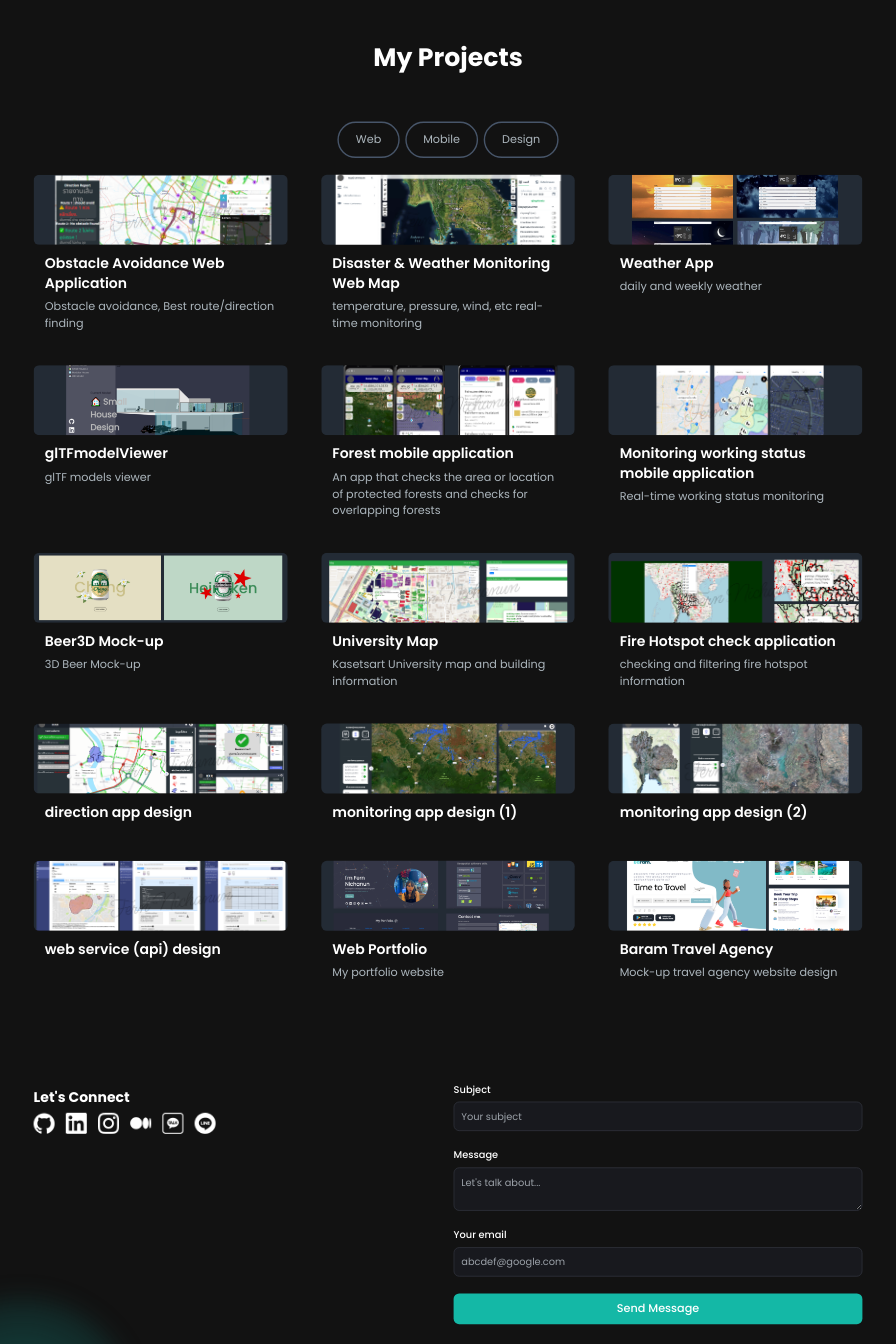
Repository: ffferncake/ffferncake-webport-2024
Page: /
The author's editor kept a copy of each file at every save. The page is drawn from the files as they stood at one save, then again after the next save.
The browser window is 1280 px wide. The pictures show the part of the page from y = 1334 to 3254 px (the page is 3508 px tall before and 3758 px after), at 70% of full size.
The project was rebuilt for these pictures with package versions that can differ from the ones it lists, and the page was loaded fresh each time. The framework's server and built-in components were replaced by stand-ins that run in the browser. Also part of the build but not shown: next.config.js, src/app/components/MenuOverlay.jsx, src/app/components/AchievementsSection.jsx.

Above is the page before, as saved 2024-03-16 17:28:11.

### src/app/layout.js
import "./globals.css";
import { Poppins } from "next/font/google";

const poppins = Poppins({
  subsets: ["latin"],
  display: "swap",
  variable: "--font-poppins",
  weight: ["100", "200", "300", "400", "500", "600", "700", "800", "900"]
});
export const metadata = {
  title: "Fern Nichanun",
  description: "Ferncake Web Portfolio",
  // icons: [{ rel: 'icon', url: Favicon }],
};

export default function RootLayout({ children }) {
  return (
    <html lang="en">
      <link rel="icon" type="image/png" href="/images/carrot.png" />
      <body className={poppins.className}>{children}</body>
    </html>
  );
}

### src/app/globals.css
@import url('https://fonts.googleapis.com/css2?family=Poppins:wght@400;700&display=swap');
@tailwind base;
@tailwind components;
@tailwind utilities;

:root {
  --foreground-rgb: 0, 0, 0;
  --background-start-rgb: 214, 219, 220;
  --background-end-rgb: 255, 255, 255;
  --backgroud-color: hsl(231, 16%, 24%);
  --green-color: #5f9ea0;
  --secondary-color: #bbbbbb;
  --bg-color-of-lists-in-skills-section: hsl(229, 12%, 37%);
  --card-bg-color: #232432;

  --bg-color-for-form-inputs: #ffffff24;
  --border-color-for-form-inputs: #c4c4c44a;
}

@media (prefers-color-scheme: dark) {
  :root {
    --foreground-rgb: 255, 255, 255;
    --background-start-rgb: 0, 0, 0;
    --background-end-rgb: 0, 0, 0;
  }
}

body {
  color: rgb(var(--foreground-rgb));
  background: linear-gradient(
      to bottom,
      transparent,
      rgb(var(--background-end-rgb))
    )
    rgb(var(--background-start-rgb));
}

### src/app/components/HeroSection.jsx
"use client";
import React, { useState, useEffect } from "react";
import Image from "next/image";
import { TypeAnimation } from "react-type-animation";
import { motion } from "framer-motion";
import Link from "next/link";
import GithubIcon from "../../../public/images/sns-icon/github_negative.png";
import LinkedinIcon from "../../../public/images/sns-icon/linkedIn_negative.png";
import InstragramIcon from "../../../public/images/sns-icon/instagram_negative.png";
import MediumIcon from "../../../public/images/sns-icon/medium_negative.png";
import KakaoIcon from "../../../public/images/sns-icon/kakao.png";
import LineIcon from "../../../public/images/sns-icon/line_white.png";

const HeroSection = () => {
  const [flipImage, setFlipImage] = useState(false);

  useEffect(() => {
    const interval = setInterval(() => {
      setFlipImage((prevFlip) => !prevFlip); // Toggle flip state between true and false
    }, 1000); // Set interval duration to 1000ms (1 second)

    return () => clearInterval(interval); // Cleanup function to clear the interval on unmounting
  }, []);

  return (
    <section className="lg:py-16">
      <div className="grid grid-cols-1 sm:grid-cols-12">
        <motion.div
          initial={{ opacity: 0, scale: 0.5 }}
          animate={{ opacity: 1, scale: 1 }}
          transition={{ duration: 0.5 }}
          className="col-span-8 place-self-center text-center sm:text-left justify-self-start"
        >
          <h1 className="text-white mb-4 text-3xl sm:text-4xl lg:text-7xl lg:leading-normal font-extrabold">
            <span className="text-transparent bg-clip-text bg-gradient-to-r from-primary-400 to-secondary-400">
              Hello, I&apos;m{" "}
            </span>
            <br></br>
            <TypeAnimation
              sequence={[
                "Fern Nichanun",
                1000,
                "Web Developer",
                1000,
                "Mobile Developer",
                1000
                // "UI/UX Designer",
                // 1000,
              ]}
              wrapper="span"
              speed={50}
              repeat={Infinity}
            />
          </h1>
          <p className="text-[#ADB7BE] text-base sm:text-lg mb-6 lg:text-xl">
            Fronted Developer.
          </p>
          <div>
            <Link
              href="/#contact"
              className="px-6 inline-block py-3 w-full sm:w-fit rounded-full mr-4 bg-gradient-to-br from-primary-500 to-secondary-500 hover:bg-slate-200 text-white"
            >
              Hire Me
            </Link>
            <Link
              href="https://docs.google.com/presentation/d/1z7HzCXi2YN3cB4-aMu2r1YaA_lvp-Hnor0B5jhDNz0A/edit?usp=sharing"
              className="px-1 inline-block py-1 w-full sm:w-fit rounded-full bg-gradient-to-br from-primary-500 to-secondary-500 hover:bg-slate-800 text-white mt-3"
            >
              <span className="block bg-[#121212] hover:bg-slate-800 rounded-full px-5 py-2">
                Download CV
              </span>
            </Link>
            <div className="mt-10 socials flex flex-row gap-4">
              <Link href="https://github.com/ffferncake">
                <Image
                  src={GithubIcon}
                  alt="Github Icon"
                  width={30}
                  height={30}
                />
              </Link>
              <Link href="https://www.linkedin.com/in/nichanun-trakulphudphong/">
                <Image
                  src={LinkedinIcon}
                  alt="Linkedin Icon"
                  width={30}
                  height={30}
                />
              </Link>
              <Link href="https://www.instagram.com/ferncake/">
                <Image
                  src={InstragramIcon}
                  alt="Instragram Icon"
                  width={30}
                  height={30}
                />
              </Link>
              <Link href="https://medium.com/@fernnichanun">
                <Image
                  src={MediumIcon}
                  alt="Medium Icon"
                  width={30}
                  height={30}
                />
              </Link>
              <Link href="./images/sns-icon/kakao_qr.jpg">
                <Image
                  src={KakaoIcon}
                  alt="Kakao Icon"
                  width={30}
                  height={30}
                />
              </Link>
              <Link href="https://line.me/ti/p/JTehJXJst6">
                <Image src={LineIcon} alt="Line Icon" width={30} height={30} />
              </Link>
            </div>
          </div>
        </motion.div>
        <motion.div
          initial={{ opacity: 0, scale: 0.5 }}
          animate={{ opacity: 1, scale: 1 }}
          transition={{ duration: 0.5 }}
          className="col-span-4 place-self-center mt-4 lg:mt-0"
        >
          <div className="relative">
            <Image
              src={
                flipImage
                  ? "/images/ferncake-graduated-modified.png"
                  : "/images/ferncake-macbook.png"
              }
              alt="hero image"
              className="rounded-full bg-[#ffff] w-[150px] h-[150px] lg:w-[300px] lg:h-[300px]"
              width={300}
              height={300}
            />
          </div>
        </motion.div>
      </div>
    </section>
  );
};

export default HeroSection;

### src/app/components/Navbar.jsx
"use client";
import Link from "next/link";
import React, { useState } from "react";
import NavLink from "./NavLink";
import { Bars3Icon, XMarkIcon } from "@heroicons/react/24/solid";
import MenuOverlay from "./MenuOverlay";

const navLinks = [
  {
    title: "<About/>",
    path: "#about",
  },
  {
    title: "<Projects/>",
    path: "#projects",
  },
  {
    title: "<Contact/>",
    path: "#contact",
  },
];

const Navbar = () => {
  const [navbarOpen, setNavbarOpen] = useState(false);

  return (
    <nav className="fixed mx-auto border border-[#33353F] top-0 left-0 right-0 z-10 bg-[#121212] bg-opacity-100">
      <div className="flex container lg:py-4 flex-wrap items-center justify-between mx-auto px-4 py-2">
        <Link
          href={"/"}
          className="text-1xl md:text-2xl text-white font-semibold"
        >
          Fern Nichanun.
        </Link>
        <div className="mobile-menu block md:hidden">
          {!navbarOpen ? (
            <button
              onClick={() => setNavbarOpen(true)}
              className="flex items-center px-3 py-2 border rounded border-slate-200 text-slate-200 hover:text-white hover:border-white"
            >
              <Bars3Icon className="h-5 w-5" />
            </button>
          ) : (
            <button
              onClick={() => setNavbarOpen(false)}
              className="flex items-center px-3 py-2 border rounded border-slate-200 text-slate-200 hover:text-white hover:border-white"
            >
              <XMarkIcon className="h-5 w-5" />
            </button>
          )}
        </div>
        <div className="menu hidden md:block md:w-auto" id="navbar">
          <ul className="flex p-4 md:p-0 md:flex-row md:space-x-8 mt-0">
            {navLinks.map((link, index) => (
              <li key={index}>
                <NavLink href={link.path} title={link.title} />
              </li>
            ))}
          </ul>
        </div>
      </div>
      {navbarOpen ? <MenuOverlay links={navLinks} /> : null}
    </nav>
  );
};

export default Navbar;

### src/app/components/EmailSection.jsx
"use client";
import React, { useState } from "react";
import GithubIcon from "../../../public/images/sns-icon/github_negative.png";
import LinkedinIcon from "../../../public/images/sns-icon/linkedIn_negative.png";
import InstragramIcon from "../../../public/images/sns-icon/instagram_negative.png";
import MediumIcon from "../../../public/images/sns-icon/medium_negative.png";
import KakaoIcon from "../../../public/images/sns-icon/kakao.png";
import LineIcon from "../../../public/images/sns-icon/line_white.png";

import Link from "next/link";
import Image from "next/image";
import emailjs from "emailjs-com";

const EmailSection = () => {
  const [emailSubmitted, setEmailSubmitted] = useState(false);

  const sendEmail = (e) => {
    e.preventDefault();
    const userEmail = e.target.email.value;
    const subject = e.target.subject.value;
    const message = e.target.message.value;

    if (!isValidEmail(userEmail)) {
      alert("Please enter a valid email address.");
      return;
    }

    emailjs
      .send(
        "service_xzyo77j",
        "template_hua0n4a",
        {
          to_email: "fernnichanun@gmail.com",
          from_email: userEmail,
          subject: subject,
          message_html: message,
        },
        "NFyFFPYZ2gdUOlgMg"
      )
      .then(
        function (response) {
          console.log("Email sent successfully", response);
          alert(
            "Email sent successfully. I will get back to you shortly."
          );
          setEmailSubmitted(true);
        },
        function (error) {
          console.error("Email failed to send", error);
          alert("Email failed to send. Please try again later.");
        }
      );
  };

  const isValidEmail = (email) => {
    const emailRegex = /^[^\s@]+@[^\s@]+\.[^\s@]+$/;
    return emailRegex.test(email);
  };

  return (
    <section
      id="contact"
      className="grid md:grid-cols-2 my-12 md:my-12 py-24 gap-4 relative"
    >
      <div className="bg-[radial-gradient(ellipse_at_center,_var(--tw-gradient-stops))] from-primary-900 to-transparent rounded-full h-80 w-80 z-0 blur-lg absolute top-3/4 -left-4 transform -translate-x-1/2 -translate-1/2"></div>
      <div className="z-10">
        <h5 className="text-xl font-bold text-white my-2">
          Let&apos;s Connect
        </h5>
        <div className="socials flex flex-row gap-4">
          <Link href="https://github.com/ffferncake">
            <Image src={GithubIcon} alt="Github Icon" width={30} height={30} />
          </Link>
          <Link href="https://www.linkedin.com/in/nichanun-trakulphudphong/">
            <Image
              src={LinkedinIcon}
              alt="Linkedin Icon"
              width={30}
              height={30}
            />
          </Link>
          <Link href="https://www.instagram.com/ferncake/">
            <Image
              src={InstragramIcon}
              alt="Instragram Icon"
              width={30}
              height={30}
            />
          </Link>
          <Link href="https://medium.com/@fernnichanun">
            <Image src={MediumIcon} alt="Medium Icon" width={30} height={30} />
          </Link>
          <Link href="./images/sns-icon/kakao_qr.jpg">
            <Image src={KakaoIcon} alt="Kakao Icon" width={30} height={30} />
          </Link>
          <Link href="https://line.me/ti/p/JTehJXJst6">
            <Image src={LineIcon} alt="Line Icon" width={30} height={30} />
          </Link>
        </div>
      </div>
      <div>
        {emailSubmitted ? (
          <p className="text-green-500 text-sm mt-2">
            Email sent successfully!
          </p>
        ) : (
          <form className="flex flex-col" onSubmit={sendEmail}>
            <div className="mb-6">
              <label
                htmlFor="subject"
                className="text-white block text-sm mb-2 font-medium"
              >
                Subject
              </label>
              <input
                name="subject"
                type="text"
                id="subject"
                required
                className="bg-[#18191E] border border-[#33353F] placeholder-[#9CA2A9] text-gray-100 text-sm rounded-lg block w-full p-2.5"
                placeholder="Your subject"
              />
            </div>
            <div className="mb-6">
              <label
                htmlFor="message"
                className="text-white block text-sm mb-2 font-medium"
              >
                Message
              </label>
              <textarea
                name="message"
                id="message"
                className="bg-[#18191E] border border-[#33353F] placeholder-[#9CA2A9] text-gray-100 text-sm rounded-lg block w-full p-2.5"
                placeholder="Let's talk about..."
              />
            </div>
            <div className="mb-6">
              <label
                htmlFor="email"
                className="text-white block mb-2 text-sm font-medium"
              >
                Your email
              </label>
              <input
                name="email"
                type="email"
                id="email"
                required
                className="bg-[#18191E] border border-[#33353F] placeholder-[#9CA2A9] text-gray-100 text-sm rounded-lg block w-full p-2.5"
                placeholder="abcdef@google.com"
              />
            </div>
            <button
              type="submit"
              className="bg-primary-500 hover:bg-primary-600 text-white font-medium py-2.5 px-5 rounded-lg w-full"
            >
              Send Message
            </button>
          </form>
        )}
      </div>
    </section>
  );
};

export default EmailSection;

### src/app/components/Footer.jsx
import React from "react";

const Footer = () => {
  return (
    <footer className="footer border z-10 border-t-[#33353F] border-l-transparent border-r-transparent text-white">
      <div className="container p-12 flex justify-between">
        <span>Fern Nichanun</span>
        <p className="text-slate-600">Inspired by webdecoded</p>
      </div>
    </footer>
  );
};

export default Footer;

### src/app/components/NavLink.jsx
import Link from "next/link";

const NavLink = ({ href, title }) => {
  return (
    <Link
      href={href}
      className="block py-2 pl-3 pr-4 text-[#ADB7BE] sm:text-md rounded md:p-0 hover:text-white"
    >
      {title}
    </Link>
  );
};

export default NavLink;

### src/app/components/ProjectCard.jsx
import React from "react";
import { CodeBracketIcon, EyeIcon } from "@heroicons/react/24/outline";
import Link from "next/link";

const ProjectCard = ({ imgUrl, title, description, gitUrl, previewUrl }) => {
  return (
    <div>
      <div
        className="h-152 md:h-52 rounded-t-xl relative group bg-cover bg-no-repeat bg-center overflow-hidden transform transition-transform duration-300 hover:scale-150"
        style={{
          // Add inline styles here
          backgroundImage: `url(${imgUrl})`,
          height: "100px", // Adjust the height for mobile
          borderRadius: "8px", // Adjust the border radius for mobile
        }}
      >
        {gitUrl && previewUrl && (
          <div className="overlay items-center justify-center absolute top-0 left-0 w-full h-full bg-[#181818] bg-opacity-0 hidden group-hover:flex group-hover:bg-opacity-80 transition-all duration-500 ">
            <Link
              href={gitUrl}
              className="h-14 w-14 mr-2 border-2 relative rounded-full border-[#ADB7BE] hover:border-white group/link"
            >
              <CodeBracketIcon className="h-10 w-10 text-[#ADB7BE] absolute top-1/2 left-1/2 transform -translate-x-1/2 -translate-y-1/2  cursor-pointer group-hover/link:text-white" />
            </Link>
            <Link
              href={previewUrl}
              className="h-14 w-14 border-2 relative rounded-full border-[#ADB7BE] hover:border-white group/link"
            >
              <EyeIcon className="h-10 w-10 text-[#ADB7BE] absolute top-1/2 left-1/2 transform -translate-x-1/2 -translate-y-1/2  cursor-pointer group-hover/link:text-white" />
            </Link>
          </div>
        )}
      </div>
      <div className="text-white rounded-b-xl mt-3 bg-[#181818]py-6 px-4">
        <h5 className="text-xl font-semibold mb-2">{title}</h5>
        <p className="text-[#ADB7BE]">{description}</p>
      </div>
    </div>
  );
};

export default ProjectCard;

### src/app/components/ProjectTag.jsx
import React from "react";

const ProjectTag = ({ name, onClick, isSelected }) => {
  const buttonStyles = isSelected
    ? "text-white border-primary-500"
    : "text-[#ADB7BE] border-slate-600 hover:border-white";
  return (
    <button
      className={`${buttonStyles} rounded-full border-2 px-6 py-3 text-md cursor-pointer`}
      onClick={() => onClick(name)}
    >
      {name}
    </button>
  );
};

export default ProjectTag;

Loaded but not shown: src/app/components/TabButton.jsx (common file); src/app/page.js (23 lines, source omitted); tailwind.config.js (24 lines, source omitted); src/app/components/AboutSection.jsx (329 lines, source omitted); src/app/components/ProjectsSection.jsx (215 lines, source omitted)

After the next save:
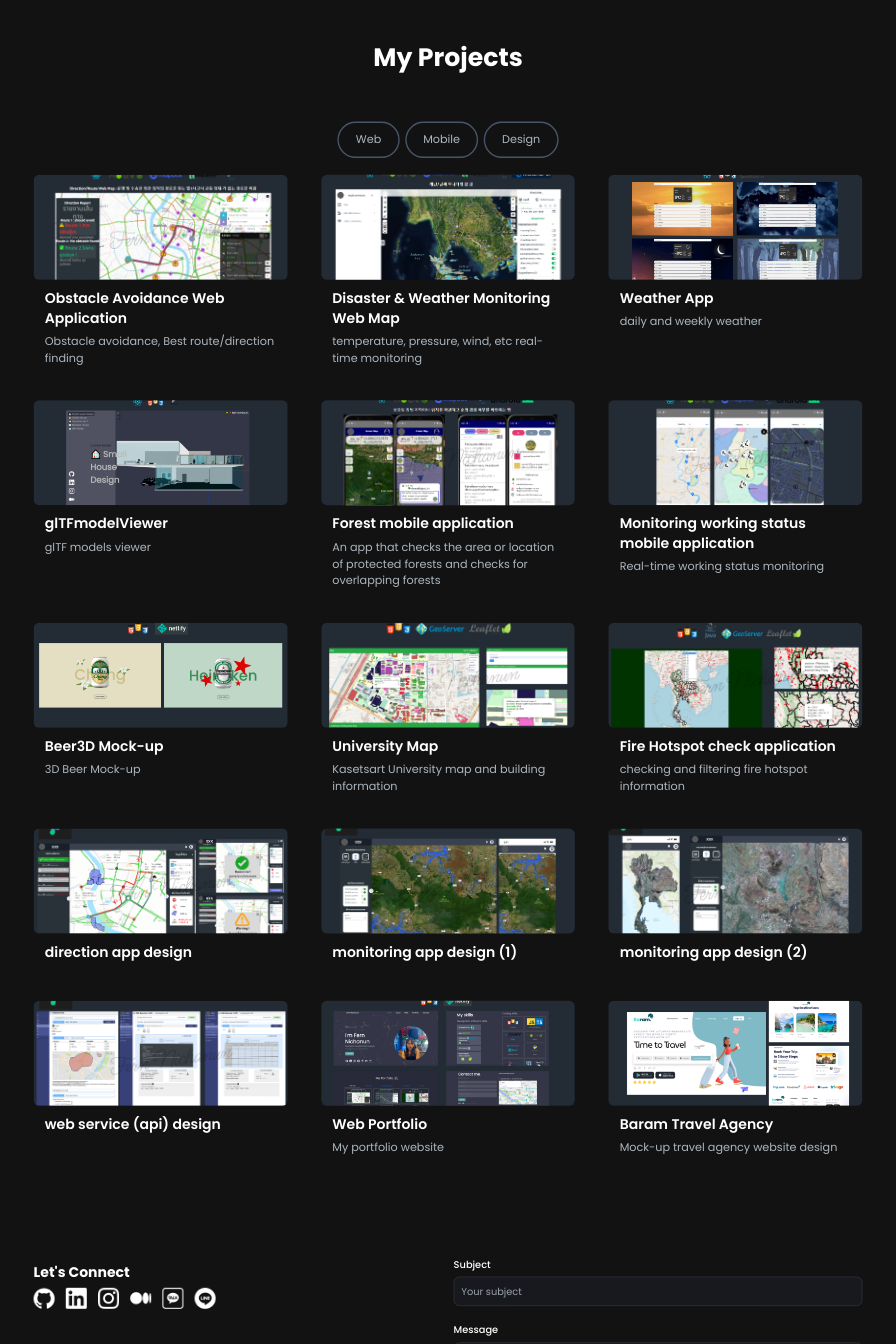
Saved 11 s later.
--- a/src/app/components/ProjectCard.jsx
+++ b/src/app/components/ProjectCard.jsx
@@ -10,7 +10,7 @@ const ProjectCard = ({ imgUrl, title, description, gitUrl, previewUrl }) => {
         style={{
           // Add inline styles here
           backgroundImage: `url(${imgUrl})`,
-          height: "100px", // Adjust the height for mobile
+          height: "150px", // Adjust the height for mobile
           borderRadius: "8px", // Adjust the border radius for mobile
         }}
       >
